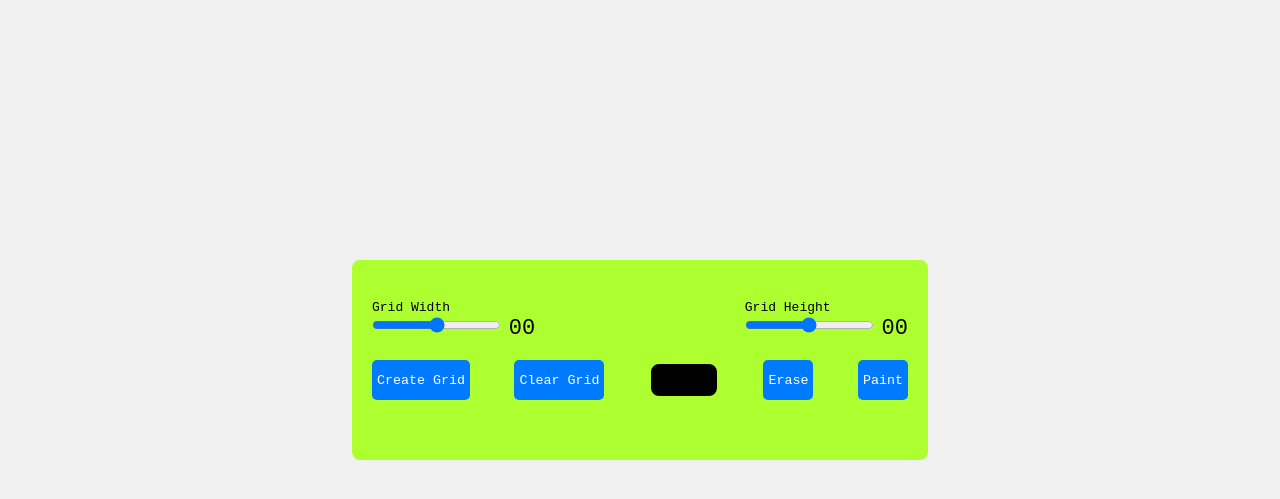
Repository: radisyah/Pixel_Art_Generator
Page: index.html
These files come from the project's save history. The page is drawn as it stood at one moment and after the next save; the edit follows.
The browser window is 1280 px wide. The pictures show the whole page.

Above is the page before, as saved 2024-11-20 12:42:32.

After the next save:
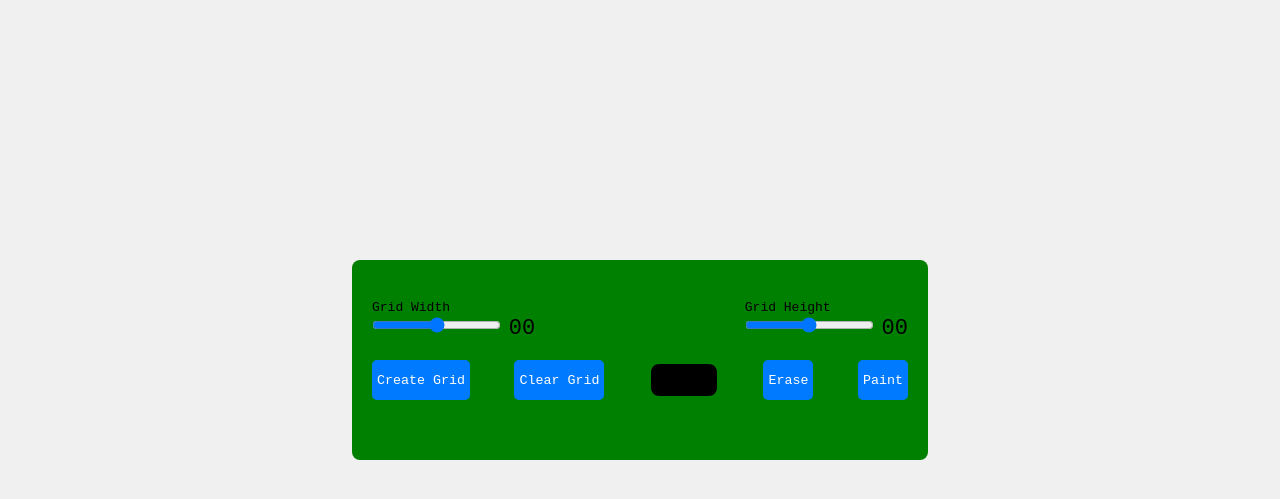
Saved 32 s later.
--- a/style.css
+++ b/style.css
@@ -10,7 +10,7 @@ body{
 }
 
 .wrapper{
-    background-color: greenyellow;
+    background-color: green;
     width: 80vmin;
     position: absolute;
     transform: translate(-50%, -50%);
